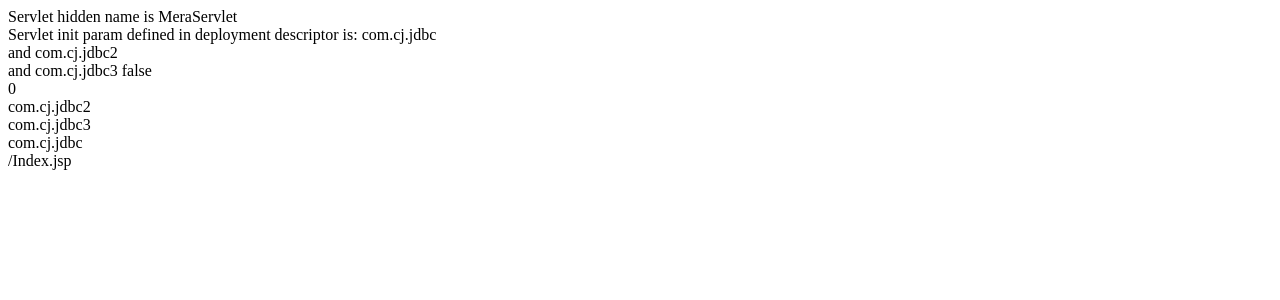
Repository: kamalsingh7290/ServletANDjsp
Page: http://localhost/JSP_Config/kamal
These files come from the project's save history. The page is drawn as it stood at one moment and after the next save; the edit follows.
The browser window is 1280 px wide. The pictures show the whole page.
The page is served by Tomcat 9.

Above is the page before, as saved 2022-01-28 11:15:29.

After the next save:
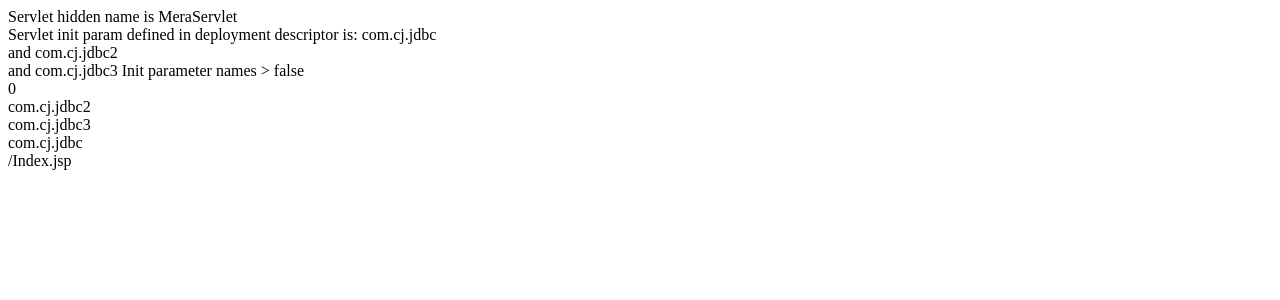
Saved 42 s later.
--- a/JSP_Config/src/main/webapp/Index.jsp
+++ b/JSP_Config/src/main/webapp/Index.jsp
@@ -13,6 +13,7 @@
 Servlet hidden name is <%=config.getServletName() %><br>
 Servlet init param defined in deployment descriptor is: <%=config.getInitParameter("Drivername") %><br>
 and <%=config.getInitParameter("Drivername2") %><br> and <%=config.getInitParameter("Drivername3") %>
+<%="Init parameter names " %>>
 <%Enumeration e=config.getInitParameterNames();%>
 <%
 while(e.hasMoreElements())
